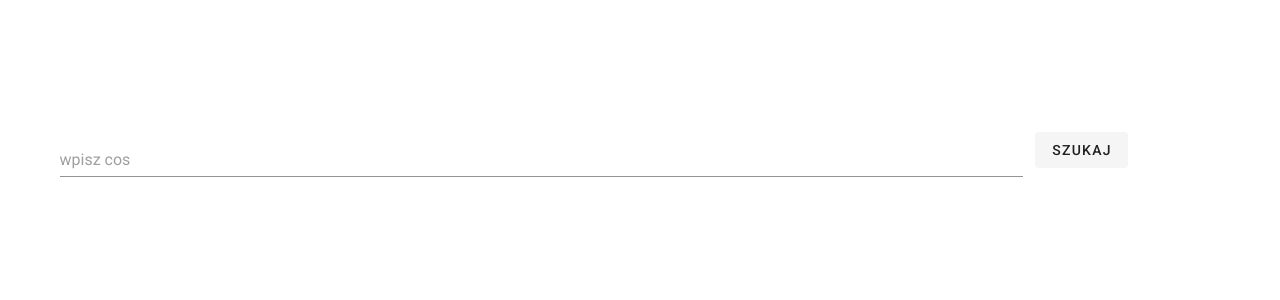
Repository: kq333/wyszukiwarka-filmow-seriali
Page: / (app in searchapp/)
An editor plug-in stored every save of this project. The page is shown before and after the next save, followed by the edit.
The browser window is 1280 px wide. The pictures show the whole page.
The project was rebuilt for these pictures with package versions that can differ from the ones it lists, and the page was loaded fresh each time. Also part of the build but not shown: searchapp/vue.config.js, searchapp/src/views/Home.vue.

Above is the page before, as saved 2021-02-17 23:34:07.

### searchapp/src/App.vue
<template>
  <v-app>


    <v-main>
      <HelloWorld/>
    </v-main>
  </v-app>
</template>

<script>
import HelloWorld from './components/HelloWorld';

export default {
  name: 'App',

  components: {
    HelloWorld,
  },

  data: () => ({
    //
  }),
};
</script>

### searchapp/src/components/HelloWorld.vue
<template>
  <v-container>


<div id="demo">




<v-row color="red" >
   <v-col lg="10">


            <v-text-field  clearable placeholder="wpisz cos" type="text" v-model="input"></v-text-field>

    </v-col>

    <v-btn id="btn" depressed @click="klik" class="mt-4"><v-icon>mdi-find</v-icon>Szukaj</v-btn>

 </v-row>



  <v-row>
    <v-col >
      <div   v-for="arr in arrays" :key="arr.index" >
        <v-row>
          <v-col>
                <p class="mx-12" style="font-size:38px">{{arr.title}}</p>
          </v-col>

                </v-row>

                  <v-row >
                    <v-col lg="4"  >
                      <img  style="border-radius: 2%" class="ml-15" :src="arr.poster" />
                    </v-col>
                        <v-col lg="8" cols="6" id="demo">
                          <p> Aktorzy:  {{ arr.actors}}</p>
                          <p>  Reżyseria: {{arr.director}}</p>
                          <p>Kraj: {{arr.country}}</p>
                          <p>Rok produkcji: {{arr.released}}</p>
                          <p>Gatunek: {{arr.genre}}</p>
                          <p>Opis: {{arr.plote}}</p>
                          <p>Ranking IMDB: {{arr.imdb}}</p>
                        </v-col>
                  </v-row>

              <v-row >

              </v-row>





      </div>
    </v-col>
  </v-row>


 </div>





  </v-container>
</template>

<script>
  export default {
    name: 'HelloWorld',

    data(){

    return{

      input:'',

      arrays:[],
    }

  },
   methods: {


/* const button = document.getElementById("btn");
      button.disabled = true; */




      klik(){
       this.input








 const url = 'https://www.omdbapi.com/?apikey=7bd5b2c8&t=';

    const result  = url + this.input;
    fetch(result)

  .then((res)=>{
      return res.json();
  })

  .then((data)=>{

    console.log(data)



    this.arrays.push({poster: data.Poster, actors: data.Actors, director: data.Director, title:data.Title, country:data.Country, released: data.Released, genre: data.Genre, plot: data.Plot, imdb:data.imdbRating })


  }),

this.input=''

      }}}


</script>

<style scoped>
#demo{
  margin-top:10%;
}
</style>

Loaded but not shown: searchapp/public/index.html (common file); searchapp/src/main.js (common file); searchapp/src/router/index.js (common file); searchapp/src/plugins/vuetify.js (common file)

After the next save:
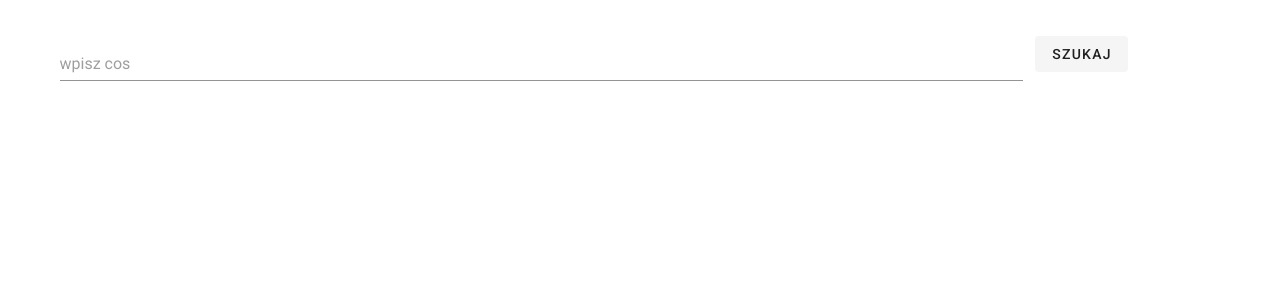
Saved 5 s later.
--- a/searchapp/src/components/HelloWorld.vue
+++ b/searchapp/src/components/HelloWorld.vue
@@ -130,6 +130,6 @@ this.input=''
 
 <style scoped>
 #demo{
-  margin-top:10%;
+  margin-top:20px;;
 }
 </style>
